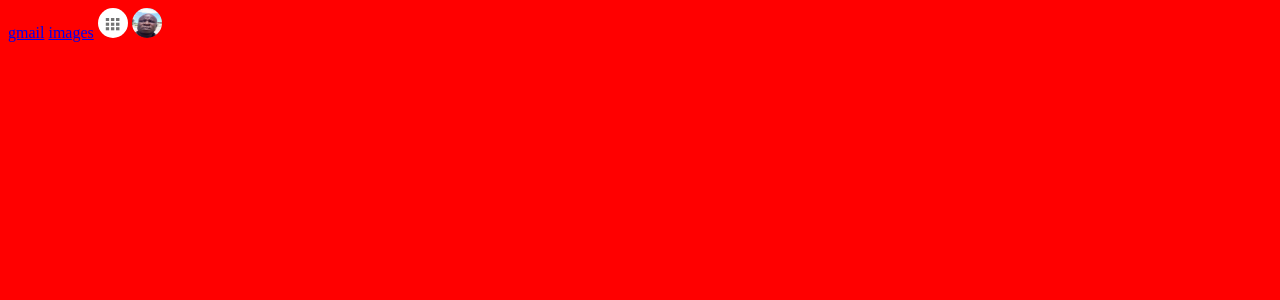
Repository: wkweyu/google_homepage
Page: index.html
These files come from the project's save history. The page is drawn as it stood at one moment and after the next save; the edit follows.
The browser window is 1280 px wide. The pictures show the whole page.

Above is the page before, as saved 2020-05-21 17:38:18.

After the next save:
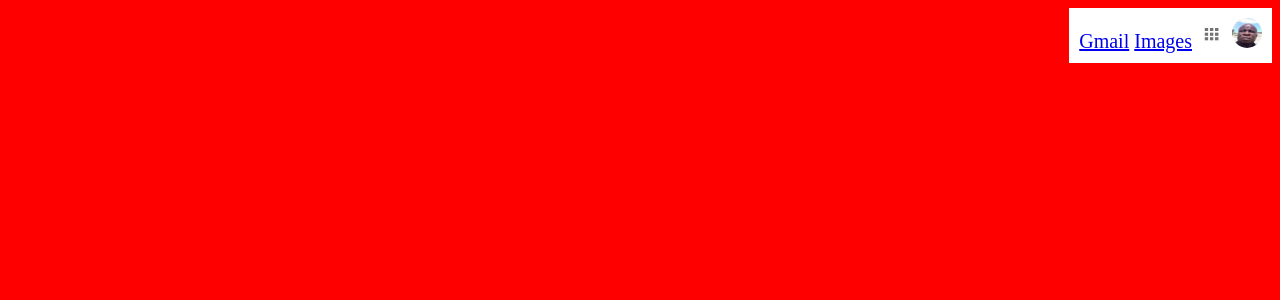
Saved 30 s later.
--- a/styles.css
+++ b/styles.css
@@ -6,7 +6,7 @@
     width: 30px;
 }
 
-nav #menubar {
+nav#menubar {
     background-color: white;
     display: block;
     float: right;
